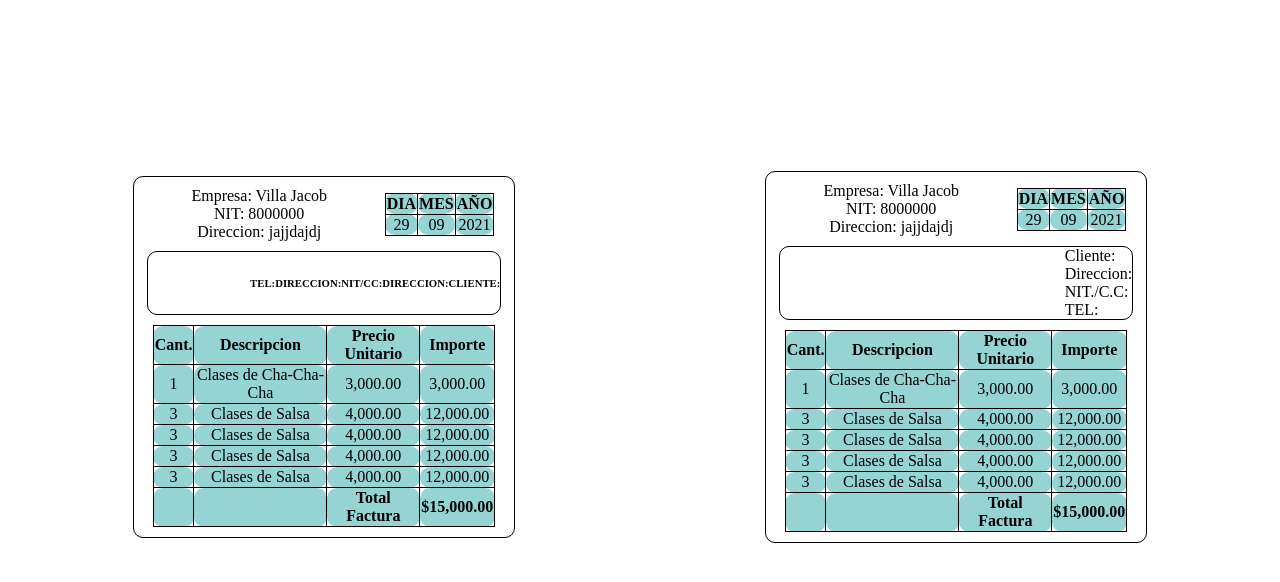
Repository: MrVanQish/FacturaEstructura
Page: index.html
An editor plug-in stored every save of this project. The page is shown before and after a run of saves, followed by the edit.
The browser window is 1280 px wide. The pictures show the whole page.

Above is the page before, as saved 2021-09-29 11:59:37.

After the next 3 saves:
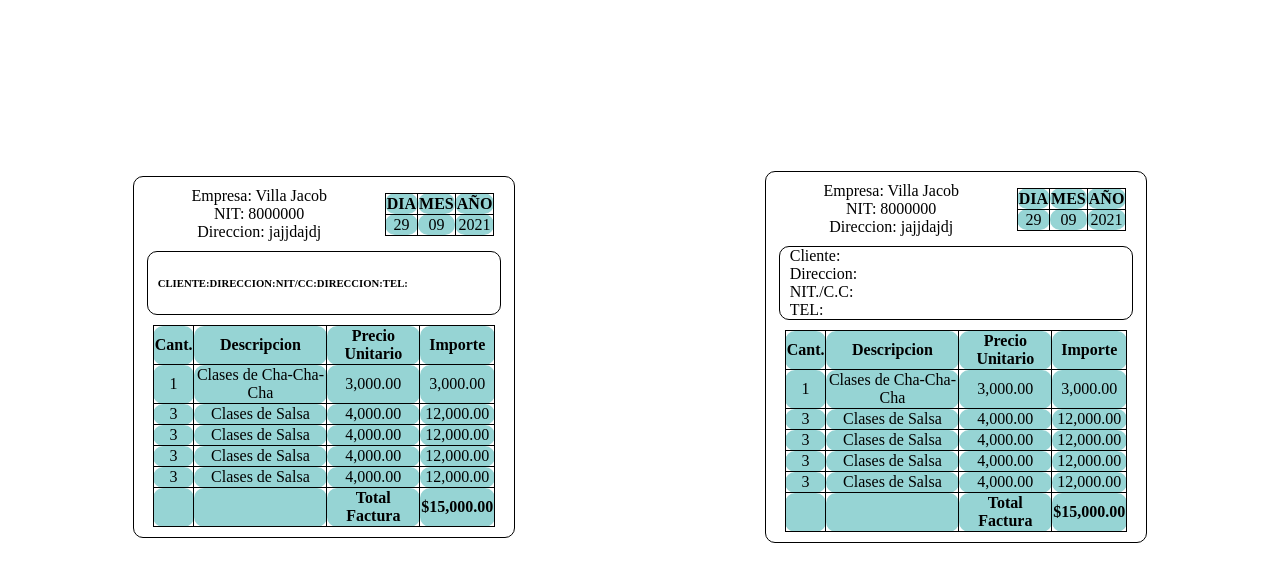
The 3 saves are shown as one change because they came seconds apart.
The last was saved 12 s later.
--- a/styles.css
+++ b/styles.css
@@ -85,7 +85,7 @@ th, td {
     width: 90%;
     margin-bottom: 10px;
     display: flex;
-    flex-direction: row-reverse;
+    flex-direction: inherit;
 
 }
 
